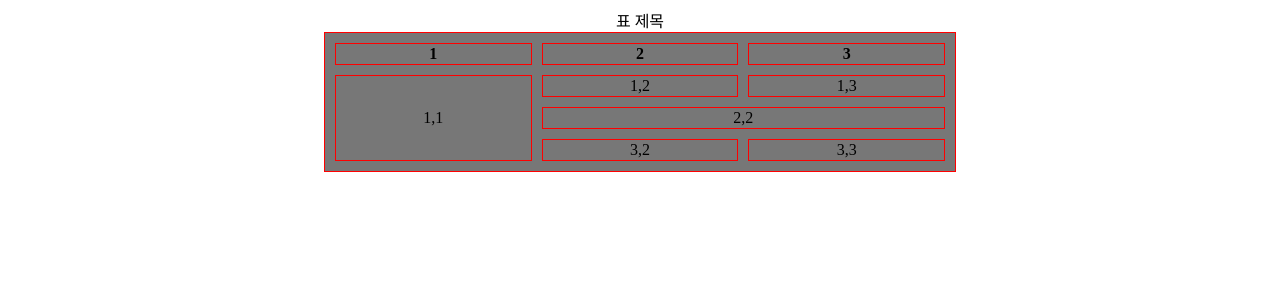
Repository: jjb5442/JSP
Page: 3Day/workspace/02_HTML_tutorial/src/main/webapp/07_Tutorial.html
These files come from the project's save history. The page is drawn as it stood at one moment and after the next save; the edit follows.
The browser window is 1280 px wide. The pictures show the whole page.

Above is the page before, as saved 2022-05-14 02:54:21.

### 3Day/workspace/02_HTML_tutorial/src/main/webapp/07_Tutorial.html
<!DOCTYPE html>
<html>
<head>
<meta charset="UTF-8">
<title>Insert title here</title>
</head>
<body>
	<div align="center">
		<table border="1" width="50%" height="50%" bordercolor="red"
			bgcolor="#777777" cellspacing="10"><!-- 표를 출력하는 태그 -->
			<caption>표 제목</caption><!-- 표 제목 태그 -->
			<tr><!-- 행을 출력하는 태그 -->
				<th>1</th><!-- 열 제목 태그 -->
				<th>2</th>
				<th>3</th>
			</tr>
			<tr align="center">
				<td rowspan="3">1,1</td><!-- 열 태그 -->
				<td>1,2</td>
				<td>1,3</td>
			</tr>
			<tr align="center">
				<td colspan="2">2,2</td>
			</tr>
			<tr align="center">
				<td>3,2</td>
				<td>3,3</td>
			</tr>
		</table>
	</div>
</body>
</html>

After the next save:
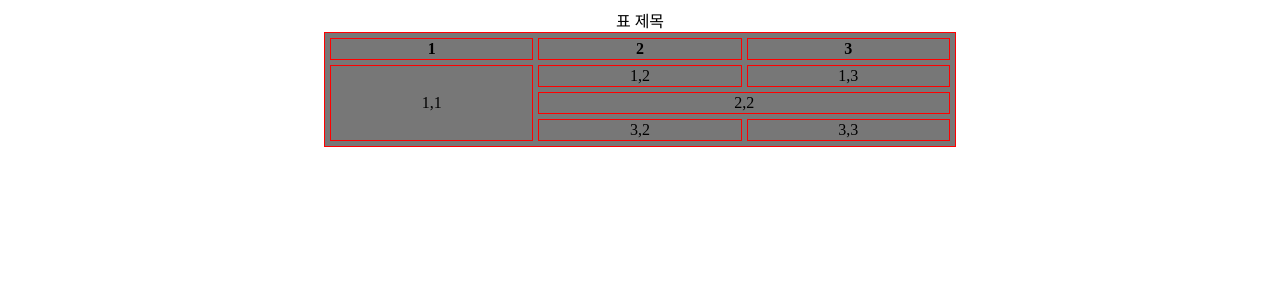
Saved 12 s later.
--- a/3Day/workspace/02_HTML_tutorial/src/main/webapp/07_Tutorial.html
+++ b/3Day/workspace/02_HTML_tutorial/src/main/webapp/07_Tutorial.html
@@ -7,7 +7,7 @@
 <body>
 	<div align="center">
 		<table border="1" width="50%" height="50%" bordercolor="red"
-			bgcolor="#777777" cellspacing="10"><!-- 표를 출력하는 태그 -->
+			bgcolor="#777777" cellspacing="5"><!-- 표를 출력하는 태그 -->
 			<caption>표 제목</caption><!-- 표 제목 태그 -->
 			<tr><!-- 행을 출력하는 태그 -->
 				<th>1</th><!-- 열 제목 태그 -->
